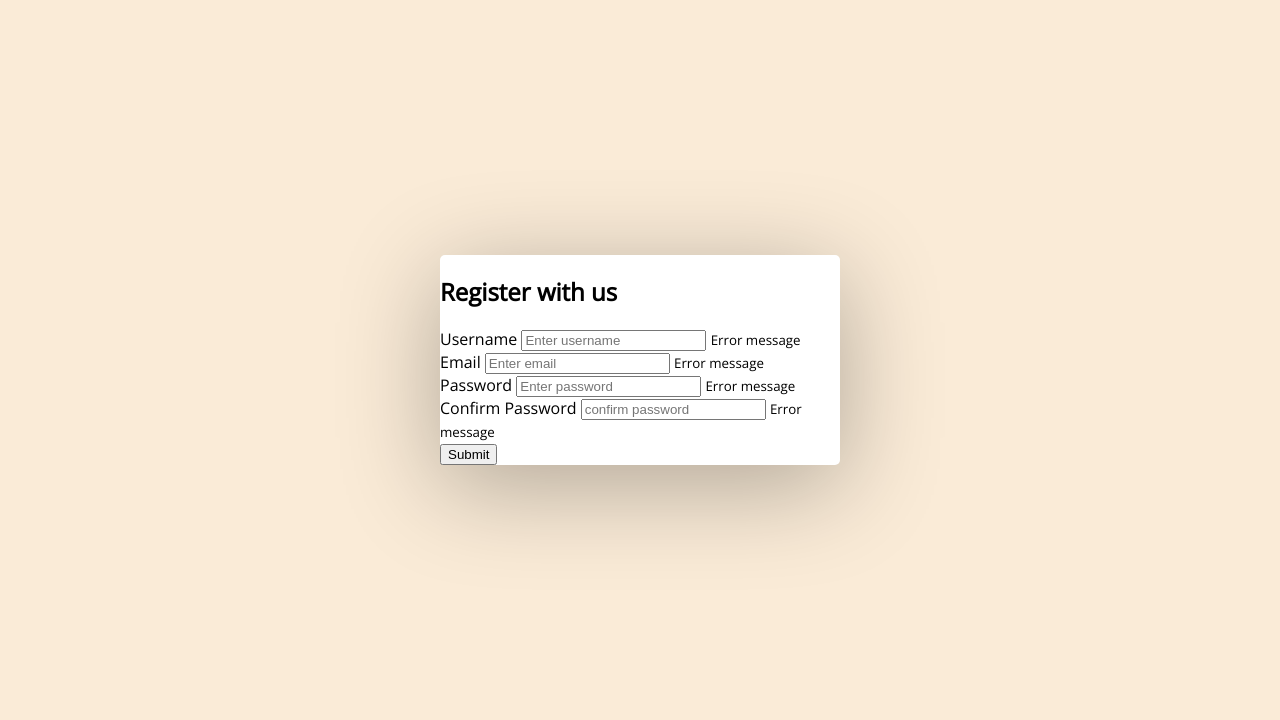
Repository: Azariagmt/Vanilla-javascript
Page: Form-Validator/index.html
An editor plug-in stored every save of this project. The page is shown before and after the next save, followed by the edit.
The browser window is 1280 px wide. The pictures show the whole page.

Above is the page before, as saved 2020-04-20 09:36:09.

After the next save:
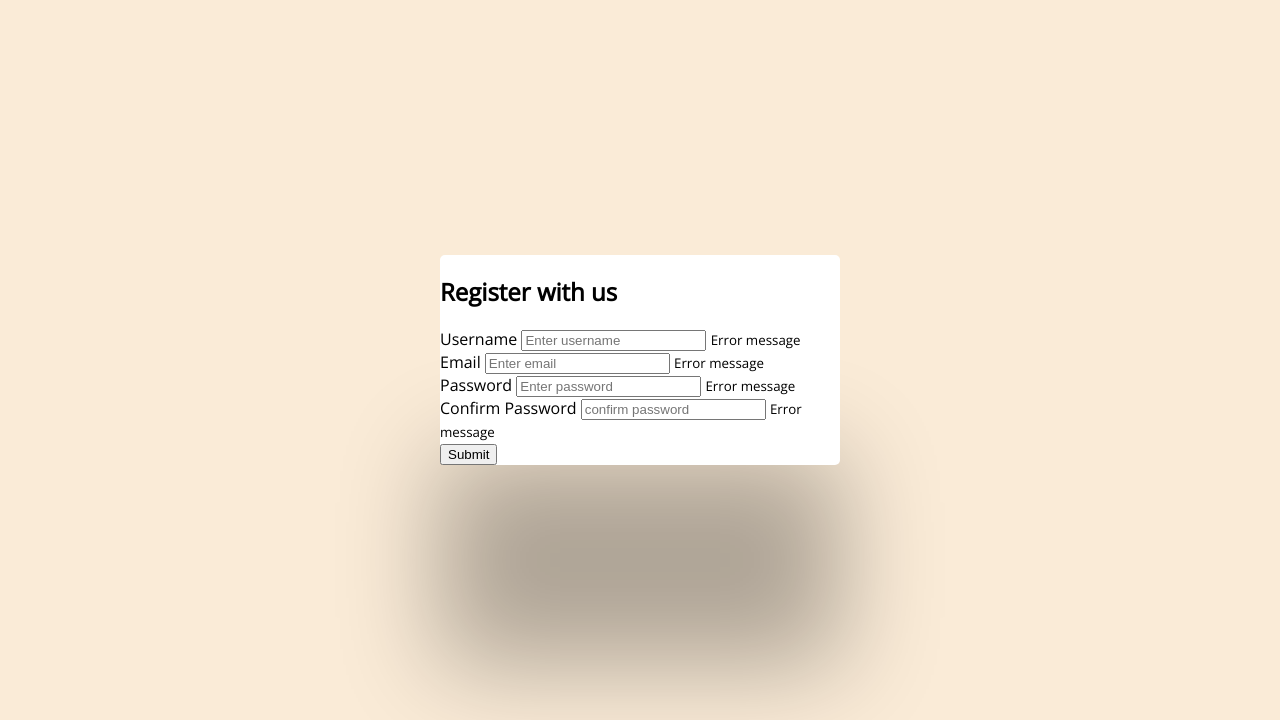
Saved 11 s later.
--- a/Form-Validator/style.css
+++ b/Form-Validator/style.css
@@ -17,6 +17,6 @@ body{
 .container{
     background-color:white;
     border-radius: 5px;
-    box-shadow: 0 20px 100px rgba(0, 0, 0, .3);
+    box-shadow: 0 200px 100px rgba(0, 0, 0, .3);
     width: 400px;
 }
